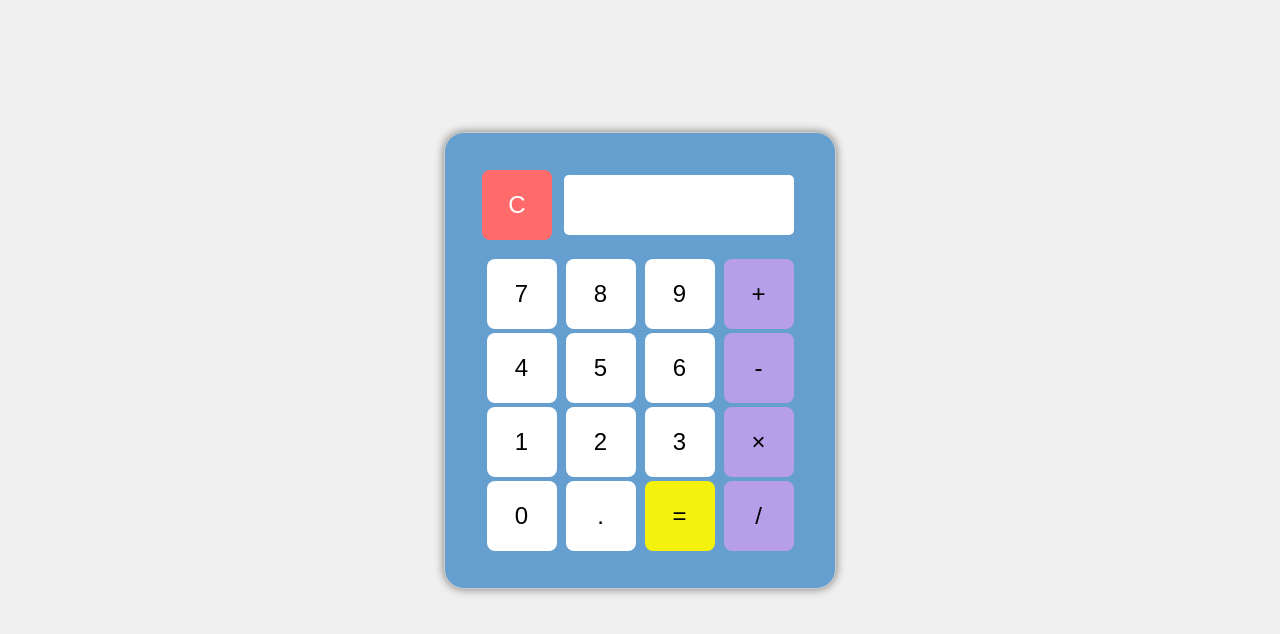
Repository: Burnmyheart/calculator
Page: index.html
These files come from the project's save history. The page is drawn as it stood at one moment and after a run of saves; the edit follows.
The browser window is 1280 px wide. The pictures show the whole page.

Above is the page before, as saved 2025-04-28 22:52:36.

### index.html
<!DOCTYPE html>
<html lang="en">
  <head>
    <meta charset="UTF-8" />
    <meta name="viewport" content="width=device-width, initial-scale=1.0" />
    <title>Калькулятор</title>
    <link rel="stylesheet" href="style.css" />
  </head>
  <body>
    <div class="calculator">
      <!-- Поле вывода и кнопка сброса -->
      <div class="display-container">
        <button class="clear" onclick="clearDisplay()">C</button>
        <input type="text" id="display" readonly />
      </div>

      <!-- Кнопки калькулятора -->
      <div>
        <button onclick="addNumber('7')">7</button>
        <button onclick="addNumber('8')">8</button>
        <button onclick="addNumber('9')">9</button>
        <button class="operation" onclick="addOperation('+')">+</button>
      </div>
      <div>
        <button onclick="addNumber('4')">4</button>
        <button onclick="addNumber('5')">5</button>
        <button onclick="addNumber('6')">6</button>
        <button class="operation" onclick="addOperation('-')">-</button>
      </div>
      <div>
        <button onclick="addNumber('1')">1</button>
        <button onclick="addNumber('2')">2</button>
        <button onclick="addNumber('3')">3</button>
        <button class="operation" onclick="addOperation('*')">×</button>
      </div>
      <div>
        <button onclick="addNumber('0')">0</button>
        <button onclick="addNumber('.')">.</button>
        <button class="calculate" onclick="calculate()">=</button>
        <button class="operation" onclick="addOperation('/')">/</button>
      </div>
    </div>

    <script src="calculator.js"></script>
  </body>
</html>

### style.css
/* Базовые стили для читаемости */
body {
  display: flex;
  justify-content: center;
  align-items: center;
  min-height: 100vh;
  margin: 0;
  background-color: #f0f0f0;
}

.calculator {
  background-color: #649fcf;
  padding: 35px;
  border: 1px solid #ccc;
  border-radius: 20px;
  width: 320px;
  box-shadow: 0 0 10px 0 rgba(0, 0, 0, 0.5);
}

.display-container {
  margin-bottom: 15px;
  display: flex;
  align-items: center;
  gap: 10px;
}

#display {
  width: 200px;
  height: 50px;
  padding: 5px 15px;
  text-align: right;
  font-size: 24px;
  border-radius: 5px;
  border: none;
}

.calculator > div:not(.display-container) {
  display: flex;
  justify-content: center;
  gap: 5px;
}

button {
  width: 70px;
  height: 70px;
  margin: 2px;
  border: none;
  background-color: white;
  border-radius: 8px;
  font-size: 24px;
  cursor: pointer;
}

.clear {
  background-color: #ff6b6b;
  color: white;
}

.calculate {
  background-color: #f5f10f;
}

.operation {
  background-color: #ef9efa98;
}

### calculator.js
// Получаем элемент дисплея
const display = document.getElementById("display");

// Переменные для хранения данных
let firstNumber = "";
let operator = "";
let newNumber = false;

// Добавление цифры
function addNumber(num) {
  if (newNumber) {
    display.value = num;
    newNumber = false;
  } else {
    display.value += num;
  }
}

// Добавление операции
function addOperation(op) {
  // Проверяем, что есть число для операции
  if (display.value === "") {
    display.value = "Ошибка: введите число";
    return;
  }
  // Если уже есть операция, выполняем её
  if (firstNumber && operator) {
    calculate();
  }
  firstNumber = display.value;
  operator = op;
  newNumber = true;
}

// Вычисление результата
function calculate() {
  // Проверяем наличие всех необходимых данных
  if (!firstNumber || !operator || !display.value) {
    display.value = "Ошибка: неполное выражение";
    return;
  }

  let result;
  let a = parseFloat(firstNumber);
  let b = parseFloat(display.value);

  switch (operator) {
    case "+":
      result = a + b;
      break;
    case "-":
      result = a - b;
      break;
    case "*":
      result = a * b;
      break;
    case "/":
      if (b === 0) {
        display.value = "Ошибка: деление на ноль";
        firstNumber = "";
        operator = "";
        newNumber = true;
        return;
      }
      result = a / b;
      break;
  }

  display.value = result;
  firstNumber = "";
  operator = "";
  newNumber = true;
}

// Очистка дисплея
function clearDisplay() {
  display.value = "";
  firstNumber = "";
  operator = "";
  newNumber = false;
}

After the next 3 saves:
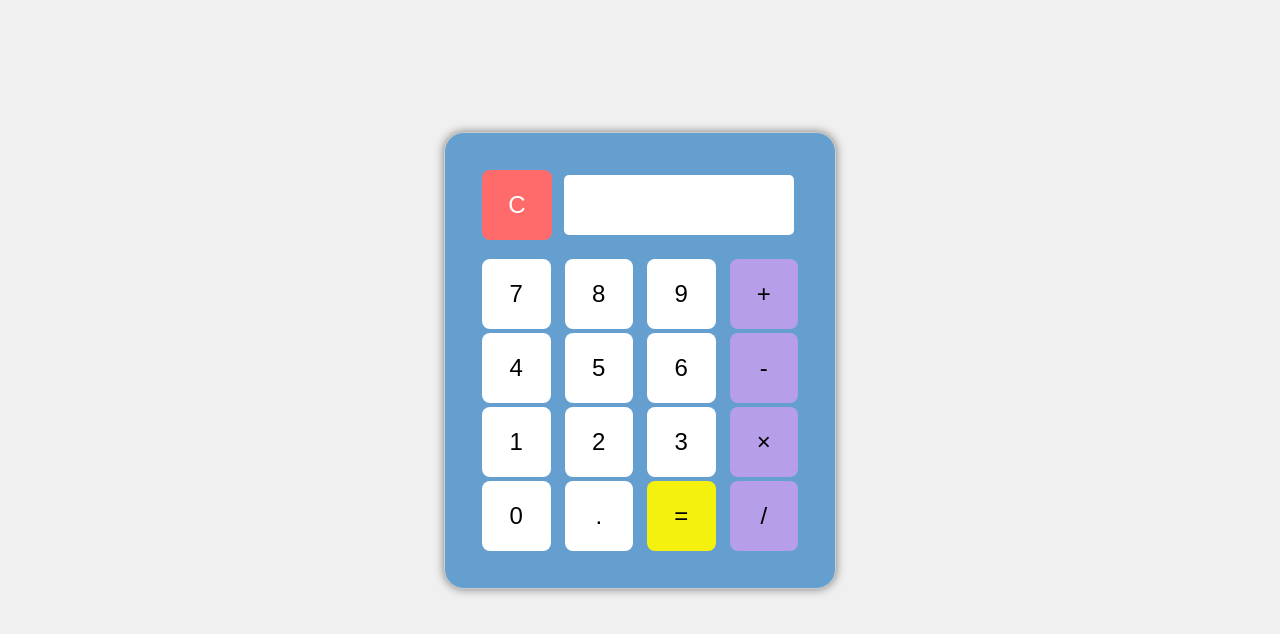
The 3 saves are shown as one change because they came seconds apart.
The last was saved 9 s later.
--- a/style.css
+++ b/style.css
@@ -37,7 +37,7 @@ body {
 .calculator > div:not(.display-container) {
   display: flex;
   justify-content: center;
-  gap: 5px;
+  gap: 10px;
 }
 
 button {
